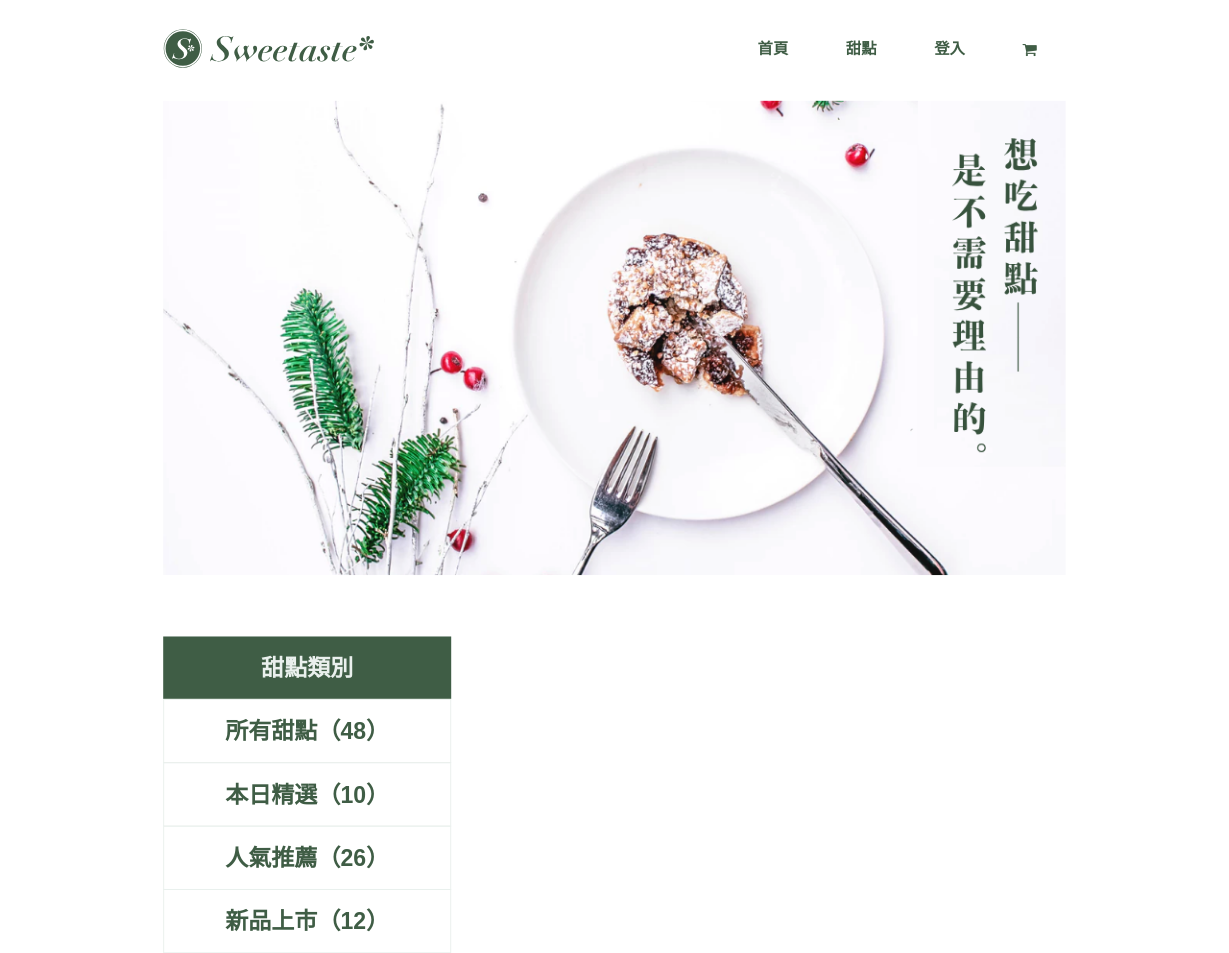
Repository: michelle61219/Sweets
Page: index.html
The author's editor kept a copy of each file at every save. The page is drawn from the files as they stood at one save, then again after the next save.
The browser window is 1280 px wide. The pictures show the whole page, at 96% of full size.

Above is the page before, as saved 2021-06-13 00:35:24.

### index.html
<!DOCTYPE html>
<html lang="en">
	<head>
		<meta charset="UTF-8" />
		<meta http-equiv="X-UA-Compatible" content="IE=edge" />
		<meta name="viewport" content="width=device-width, initial-scale=1.0" />
		<link rel="stylesheet" href="style.css" />
		<link
			rel="stylesheet"
			href="https://cdnjs.cloudflare.com/ajax/libs/font-awesome/4.7.0/css/font-awesome.min.css"
		/>
		<title>甜點電商</title>
	</head>
	<body>
		<header></header>
		<div class="header container">
			<h1>
				<a href="#">
					<img
						width="220"
						height="40"
						src="images/logo-all-dark.svg"
						alt="logo"
					/>
				</a>
			</h1>
			<nav>
				<ul class="menu">
					<li><a href="#">首頁</a></li>
					<li><a href="#">甜點</a></li>
					<li><a href="#">登入</a></li>
					<li>
						<a href="#">
							<i class="fa fa-shopping-cart"></i>
						</a>
					</li>
				</ul>
			</nav>
		</div>
		<div class="banner container">
			<img src="images/banner.png" alt="banner" />
		</div>
		<div class="main container">
			<div class="aside">
				<h2>甜點類別</h2>
				<ul>
					<li><a href="#">所有甜點（48）</a></li>
					<li><a href="#">本日精選（10）</a></li>
					<li><a href="#">人氣推薦（26）</a></li>
					<li><a href="#">新品上市（12）</a></li>
				</ul>
			</div>
			<div class="productList"></div>
		</div>
	</body>
</html>

### style.css
/* http://meyerweb.com/eric/tools/css/reset/
   v2.0 | 20110126
   License: none (public domain)
*/

html,
body,
div,
span,
applet,
object,
iframe,
h1,
h2,
h3,
h4,
h5,
h6,
p,
blockquote,
pre,
a,
abbr,
acronym,
address,
big,
cite,
code,
del,
dfn,
em,
img,
ins,
kbd,
q,
s,
samp,
small,
strike,
strong,
sub,
sup,
tt,
var,
b,
u,
i,
center,
dl,
dt,
dd,
ol,
ul,
li,
fieldset,
form,
label,
legend,
table,
caption,
tbody,
tfoot,
thead,
tr,
th,
td,
article,
aside,
canvas,
details,
embed,
figure,
figcaption,
footer,
header,
hgroup,
menu,
nav,
output,
ruby,
section,
summary,
time,
mark,
audio,
video {
	margin: 0;
	padding: 0;
	border: 0;
	font-size: 100%;
	font: inherit;
	vertical-align: baseline;
}
/* HTML5 display-role reset for older browsers */
article,
aside,
details,
figcaption,
figure,
footer,
header,
hgroup,
menu,
nav,
section {
	display: block;
}
body {
	line-height: 1;
}
ol,
ul {
	list-style: none;
}
blockquote,
q {
	quotes: none;
}
blockquote:before,
blockquote:after,
q:before,
q:after {
	content: '';
	content: none;
}
table {
	border-collapse: collapse;
	border-spacing: 0;
}
img {
	max-width: 100%;
	height: auto;
}

/* ---CSS Starts from Here--- */

body {
	color: #3f5d45;
	font-family: Arial, Helvetica, sans-serif;
	font-weight: bold;
}

a {
	color: #3f5d45;
	text-decoration: none;
}

.container {
	width: 940px; /* based on main image */
	margin: 0 auto;
}

.header {
	display: flex;
	justify-content: space-between;
	align-items: center;
	padding-top: 30px;
	padding-bottom: 30px;
}

.menu {
	display: flex;
}

.menu a {
	padding: 10px 30px 8px 30px;
}

.menu a:hover {
	background: #3f5d45;
	color: white;
}

.banner {
	margin-bottom: 60px;
}

.main {
	display: flex;
	justify-content: space-between;
}
.aside {
	width: 300px;
}
.productList {
	width: 620px;
}

.aside h2 {
	background: #3f5d45;
	color: #eaf0ed;
	text-align: center;
	font-size: 24px;
	line-height: 65px;
}

.aside li {
	/* Avoid overlaying border lines between each list */
	margin-bottom: -1px;
}

.aside a {
	font-size: 24px;
	text-align: center;
	display: block;
	line-height: 65px;
	border: 1px solid #eaf0ed;
}

.aside a:hover {
	background: #eaf0ed;
}

After the next save:
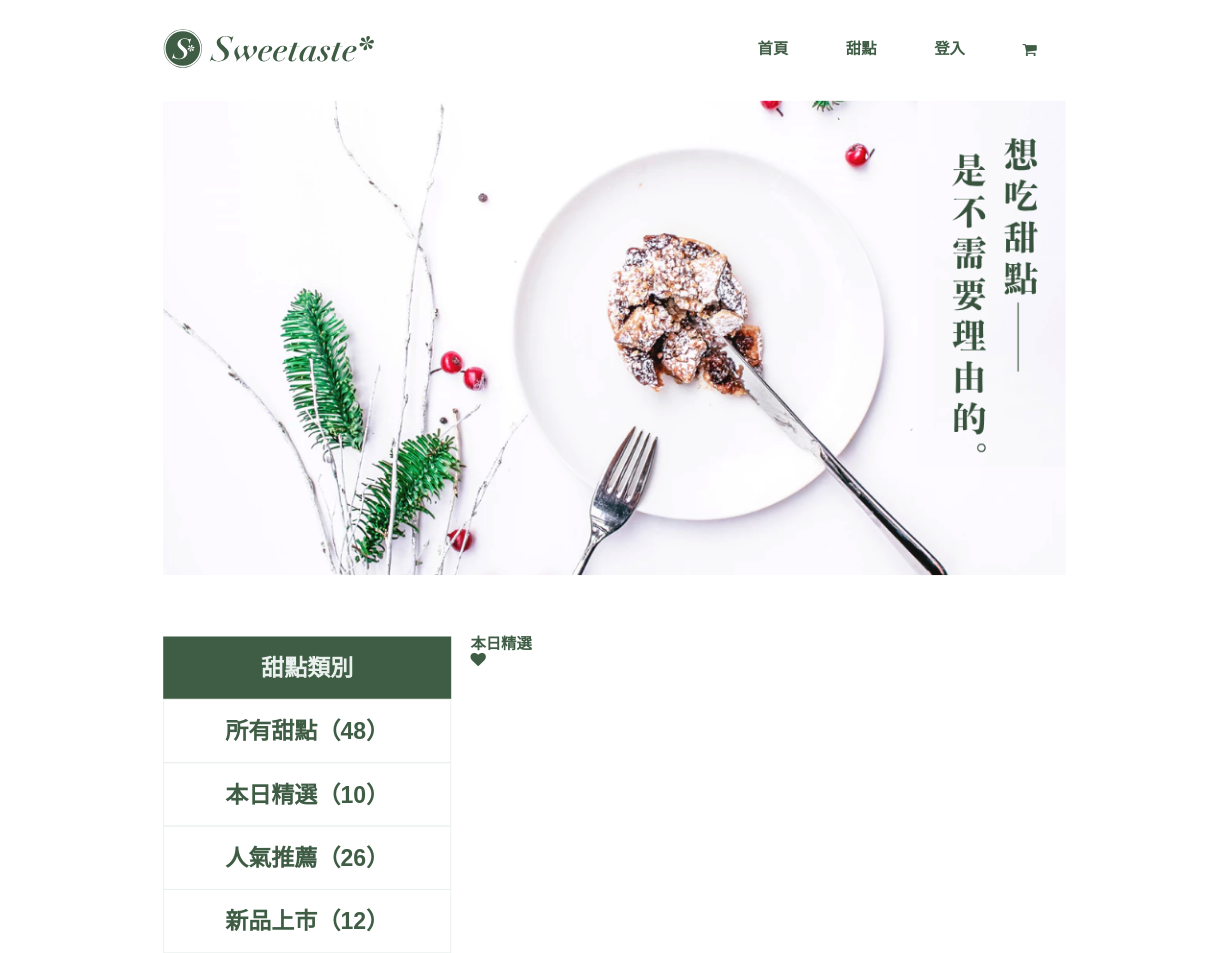
Saved 4 min 12 s later.
--- a/index.html
+++ b/index.html
@@ -50,7 +50,14 @@
 					<li><a href="#">新品上市（12）</a></li>
 				</ul>
 			</div>
-			<div class="productList"></div>
+			<div class="productList">
+				<ul class="productList-card">
+					<li>
+						<div class="tag">本日精選</div>
+						<div class="fa fa-heart heart"></div>
+					</li>
+				</ul>
+			</div>
 		</div>
 	</body>
 </html>
